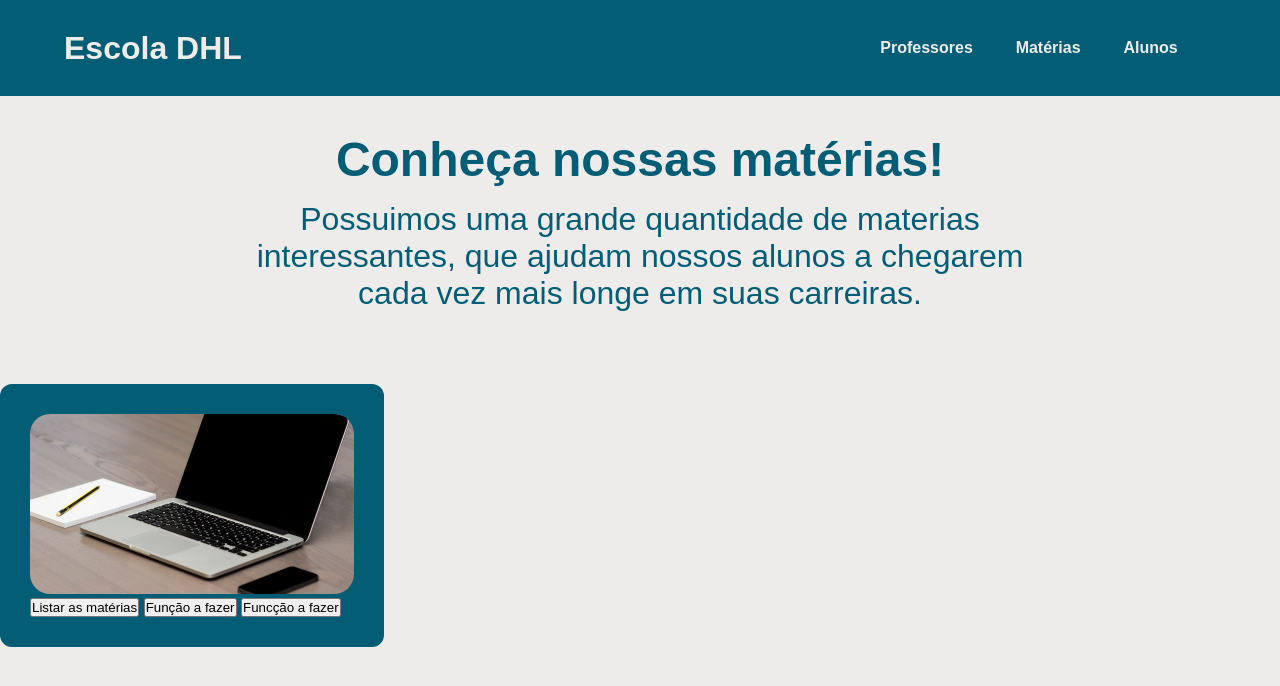
Repository: SirHick/sa-sistema-escola-DHL
Page: front/materias.html
These files come from the project's save history. The page is drawn as it stood at one moment and after the next save; the edit follows.
The browser window is 1280 px wide. The pictures show the whole page.

Above is the page before, as saved 2026-07-17 16:36:45.

After the next save:
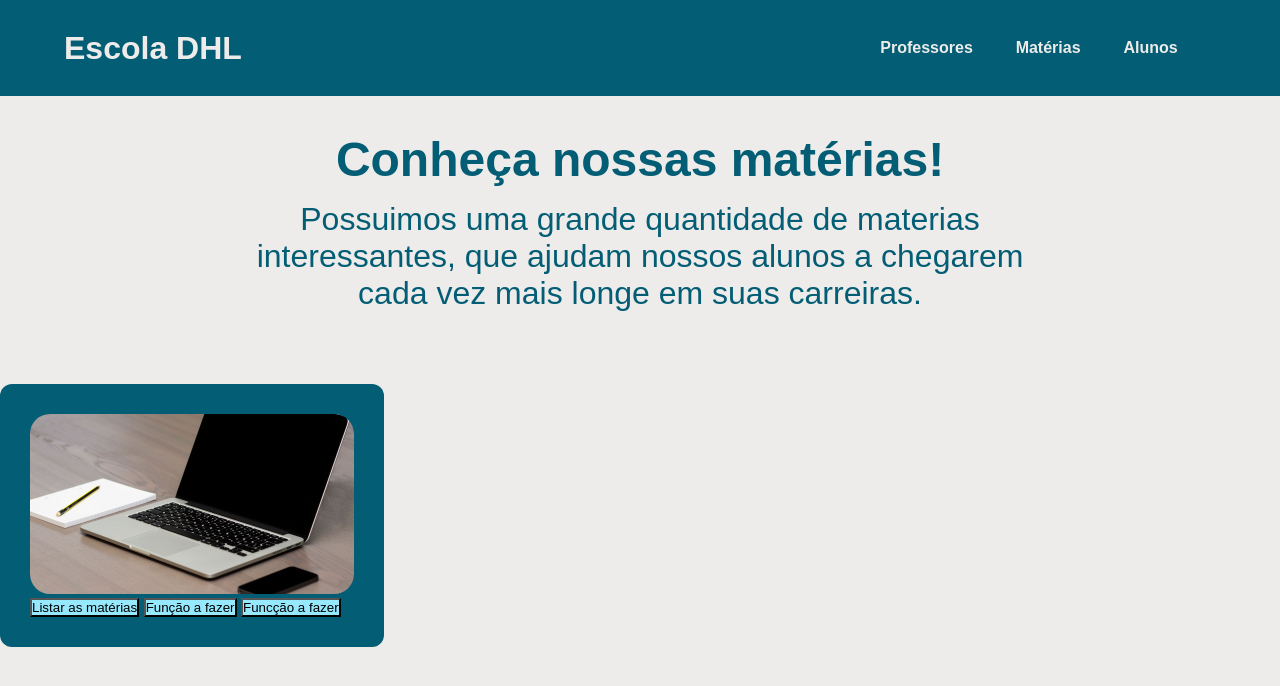
Saved 63 s later.
--- a/front/style.css
+++ b/front/style.css
@@ -96,5 +96,5 @@ header nav a{
 }
 
 .image-with-buttons button{
-
+    background-color: #96E8FC;
 }
